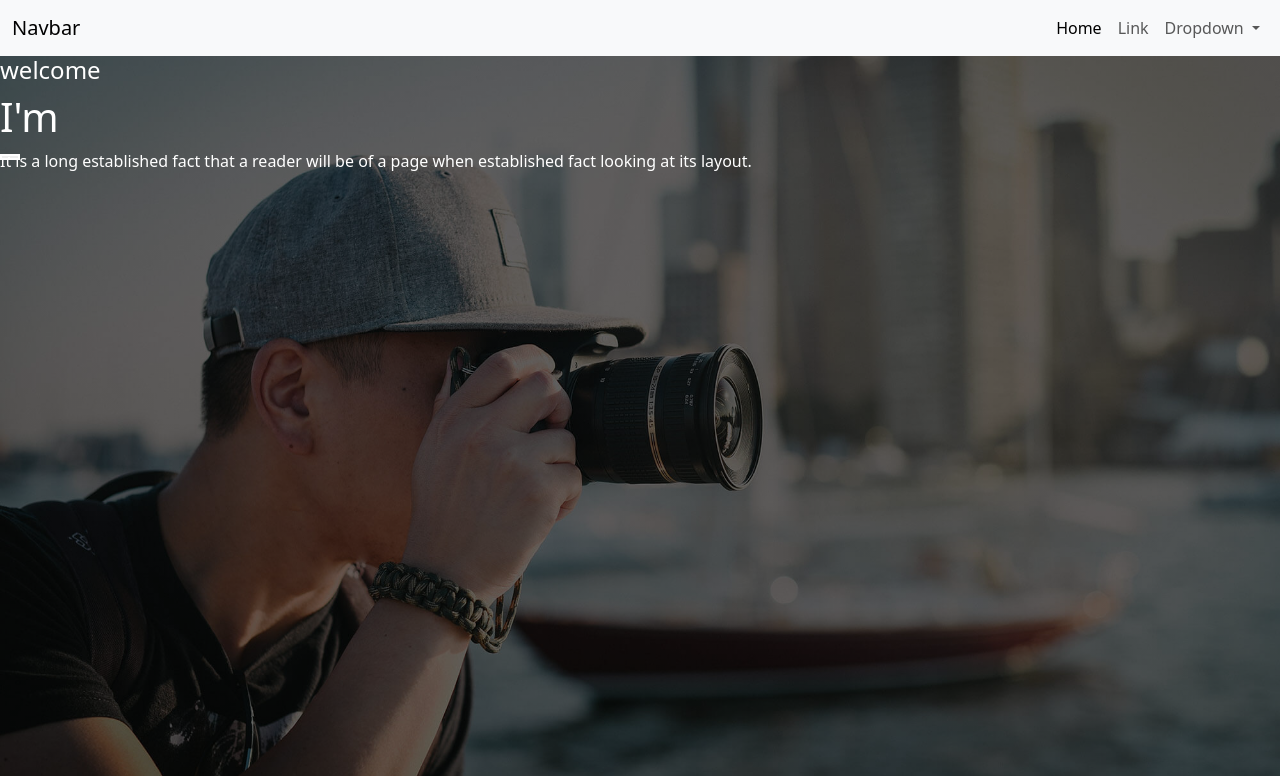
Repository: khaledradwan96/Kerri
Page: index.html
The author's editor kept a copy of each file at every save. The page is drawn from the files as they stood at one save, then again after the next save.
The browser window is 1280 px wide. The pictures show the whole page.

Above is the page before, as saved 2024-05-06 20:00:28.

### index.html
<!DOCTYPE html>
<html lang="en">

<head>
    <meta charset="UTF-8">
    <meta name="viewport" content="width=device-width, initial-scale=1.0">

    <link rel="stylesheet" href="css/all.min.css">
    <link rel="stylesheet" href="css/bootstrap.min.css">
    <link rel="stylesheet" href="css/style.css">

    <title>Kerri</title>
</head>

<body>

    <nav class="navbar navbar-expand-lg bg-body-tertiary">
        <div class="container-fluid">
            <a class="navbar-brand" href="#">Navbar</a>
            <button class="navbar-toggler" type="button" data-bs-toggle="collapse"
                data-bs-target="#navbarSupportedContent" aria-controls="navbarSupportedContent" aria-expanded="false"
                aria-label="Toggle navigation">
                <span class="navbar-toggler-icon"></span>
            </button>
            <div class="collapse navbar-collapse" id="navbarSupportedContent">
                <ul class="navbar-nav ms-auto mb-2 mb-lg-0">
                    <li class="nav-item">
                        <a class="nav-link active" aria-current="page" href="#">Home</a>
                    </li>
                    <li class="nav-item">
                        <a class="nav-link" href="#">Link</a>
                    </li>
                    <li class="nav-item dropdown">
                        <a class="nav-link dropdown-toggle" href="#" role="button" data-bs-toggle="dropdown"
                            aria-expanded="false">
                            Dropdown
                        </a>
                        <ul class="dropdown-menu">
                            <li><a class="dropdown-item" href="#">Action</a></li>
                            <li><a class="dropdown-item" href="#">Another action</a></li>
                            <li>
                                <hr class="dropdown-divider">
                            </li>
                            <li><a class="dropdown-item" href="#">Something else here</a></li>
                        </ul>
                    </li>
                </ul>
            </div>
        </div>
    </nav>

    <header class="position-relative vh-100 text-white">
        <h4>welcome</h4>
        <h1>
            I'm
            <span></span>
        </h1>

        <p>
            It is a long established fact that a reader will be of a page when established fact looking at its layout.
        </p>

        <button class="scroll-btn"></button>

    </header>




    <script src="js/bootstrap.bundle.min.js"></script>
</body>

</html>

### css/style.css
header {
  background-image: linear-gradient(rgba(0, 0, 0, 0.6), rgba(0, 0, 0, 0.6)),
    url(../images/asset\ 15.jpeg);
  background-position: center;
  background-size: cover;
}

.scroll-btn {
  width: 20px;
  height: 35ps;
  border: solid 2px #fff;
  transform: translateY(-50px);
}

.scroll-btn::after {
  content: "";
  background-color: #fff;
  display: block;
  width: 2px;
  position: absolute;
  height: 20%;
}

Loaded but not shown: css/all.min.css (library); css/bootstrap.min.css (library); js/bootstrap.bundle.min.js (library)

After the next save:
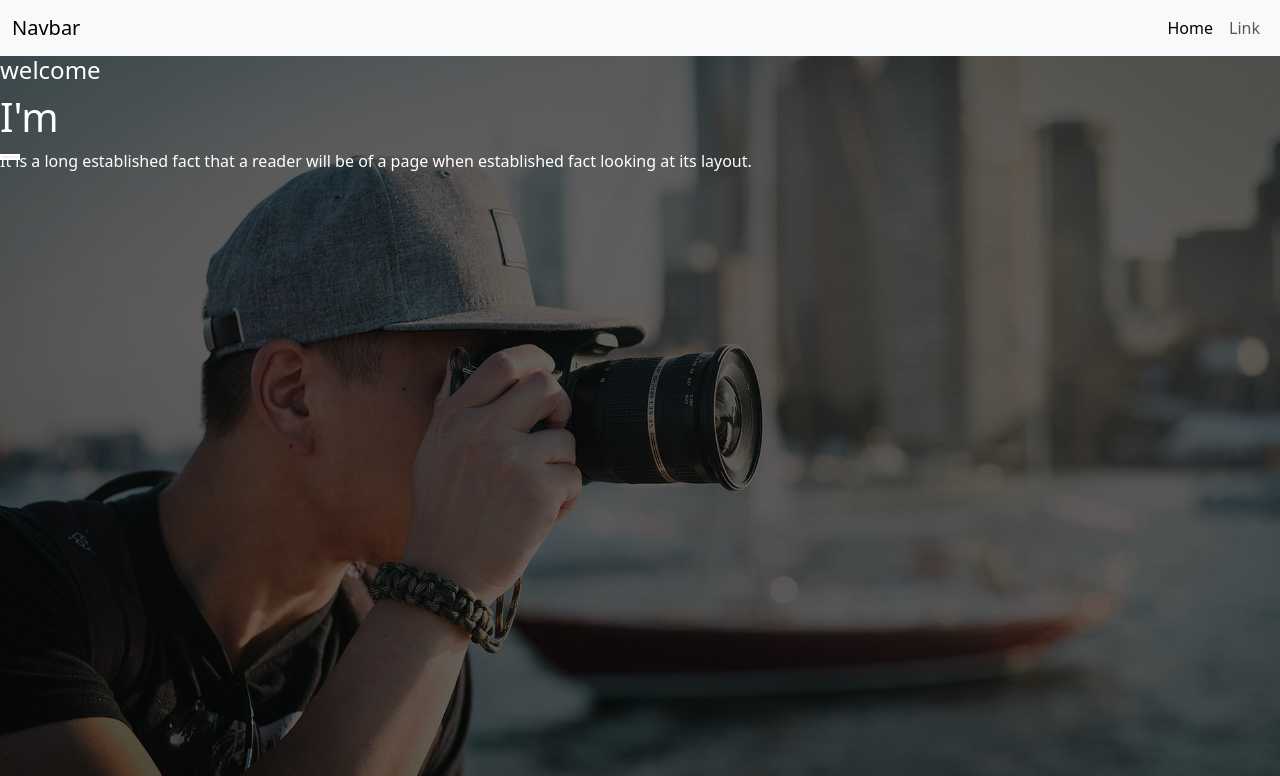
Saved 13 s later.
--- a/index.html
+++ b/index.html
@@ -30,19 +30,6 @@
                     <li class="nav-item">
                         <a class="nav-link" href="#">Link</a>
                     </li>
-                    <li class="nav-item dropdown">
-                        <a class="nav-link dropdown-toggle" href="#" role="button" data-bs-toggle="dropdown"
-                            aria-expanded="false">
-                            Dropdown
-                        </a>
-                        <ul class="dropdown-menu">
-                            <li><a class="dropdown-item" href="#">Action</a></li>
-                            <li><a class="dropdown-item" href="#">Another action</a></li>
-                            <li>
-                                <hr class="dropdown-divider">
-                            </li>
-                            <li><a class="dropdown-item" href="#">Something else here</a></li>
-                        </ul>
                     </li>
                 </ul>
             </div>
